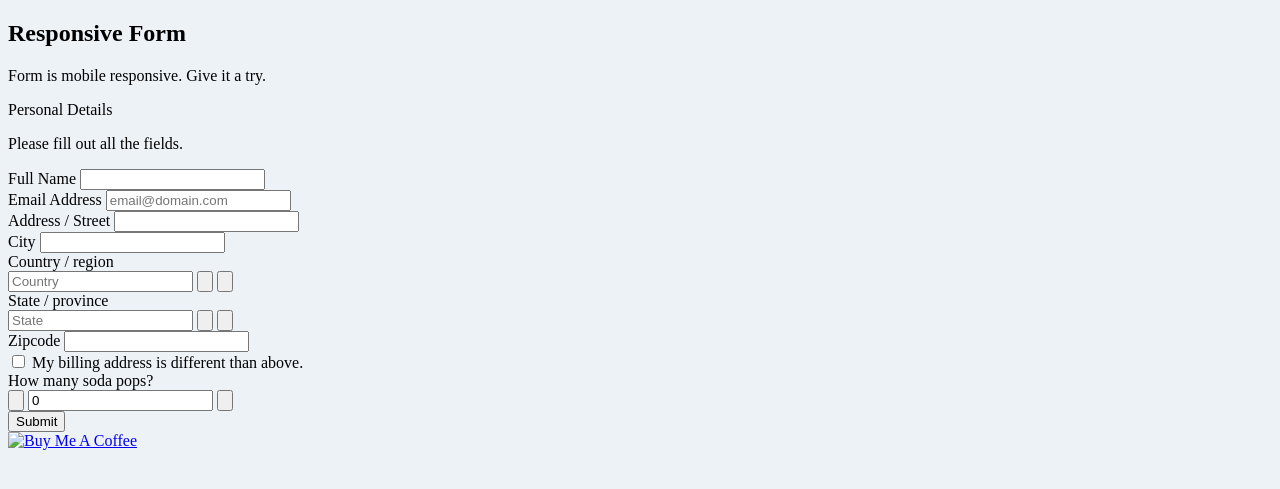
Repository: rahimmenadi/projectx
Page: component.html
An editor plug-in stored every save of this project. The page is shown before and after the next save, followed by the edit.
The browser window is 1280 px wide. The pictures show the whole page.
Some web libraries are served in a nearby version.

Above is the page before, as saved 2023-05-16 10:04:45.

After the next save:
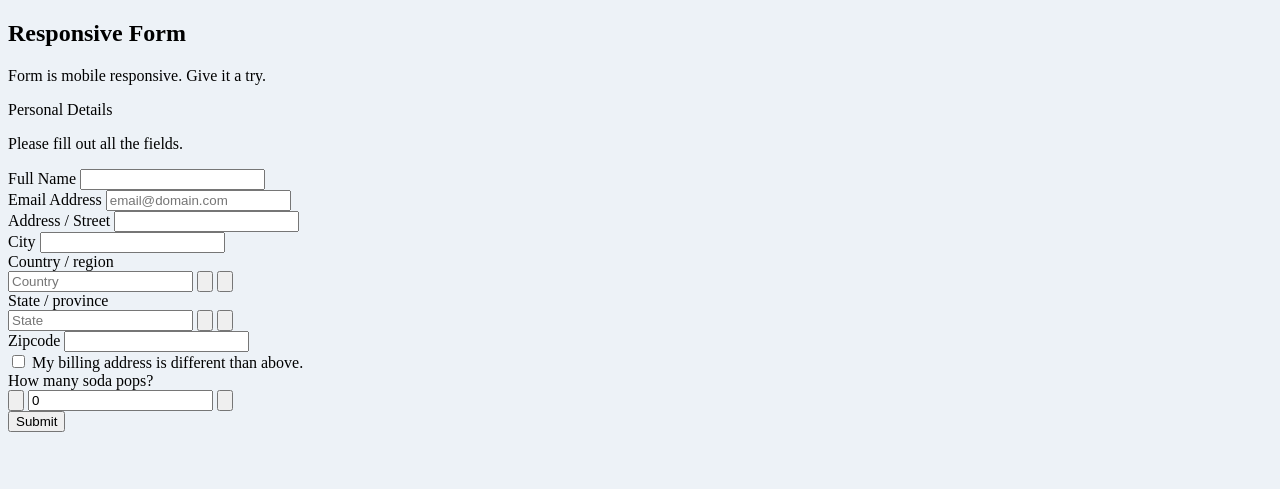
Saved 68 min 14 s later.
--- a/component.html
+++ b/component.html
@@ -115,9 +115,6 @@
       </div>
     </div>
 
-    <a href="https://www.buymeacoffee.com/dgauderman" target="_blank" class="md:absolute bottom-0 right-0 p-4 float-right">
-      <img src="https://www.buymeacoffee.com/assets/img/guidelines/logo-mark-3.svg" alt="Buy Me A Coffee" class="transition-all rounded-full w-14 -rotate-45 hover:shadow-sm shadow-lg ring hover:ring-4 ring-white">
-    </a>
   </div>
 </div>
 </body>
